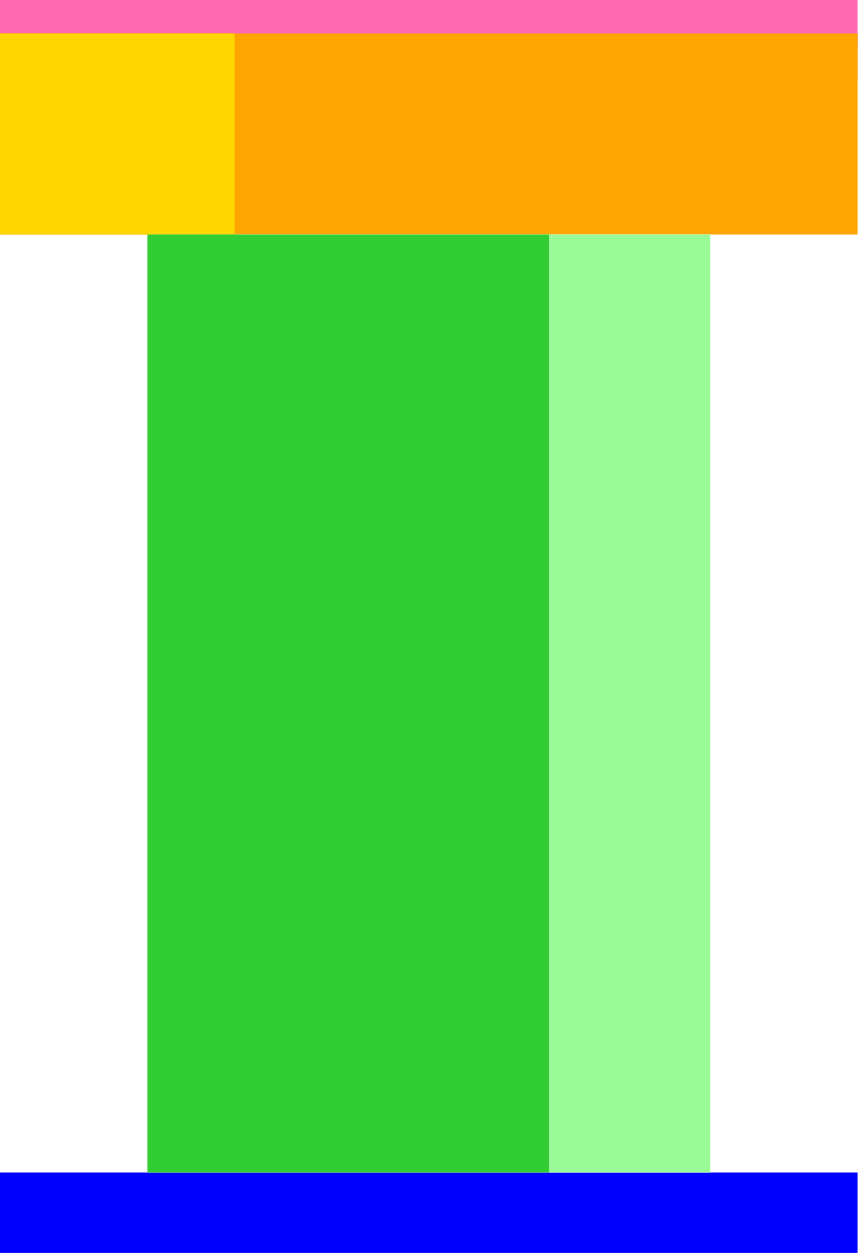
Repository: yuuyatada/API_sample_app
Page: htmlCP4/CP4index.html
The author's editor kept a record of every edit. The page is drawn from the files as they stood at one moment, then again after the next edit.
The browser window is 1280 px wide. The pictures show the whole page, at 67% of full size.

Above is the page before.

After the next edit:
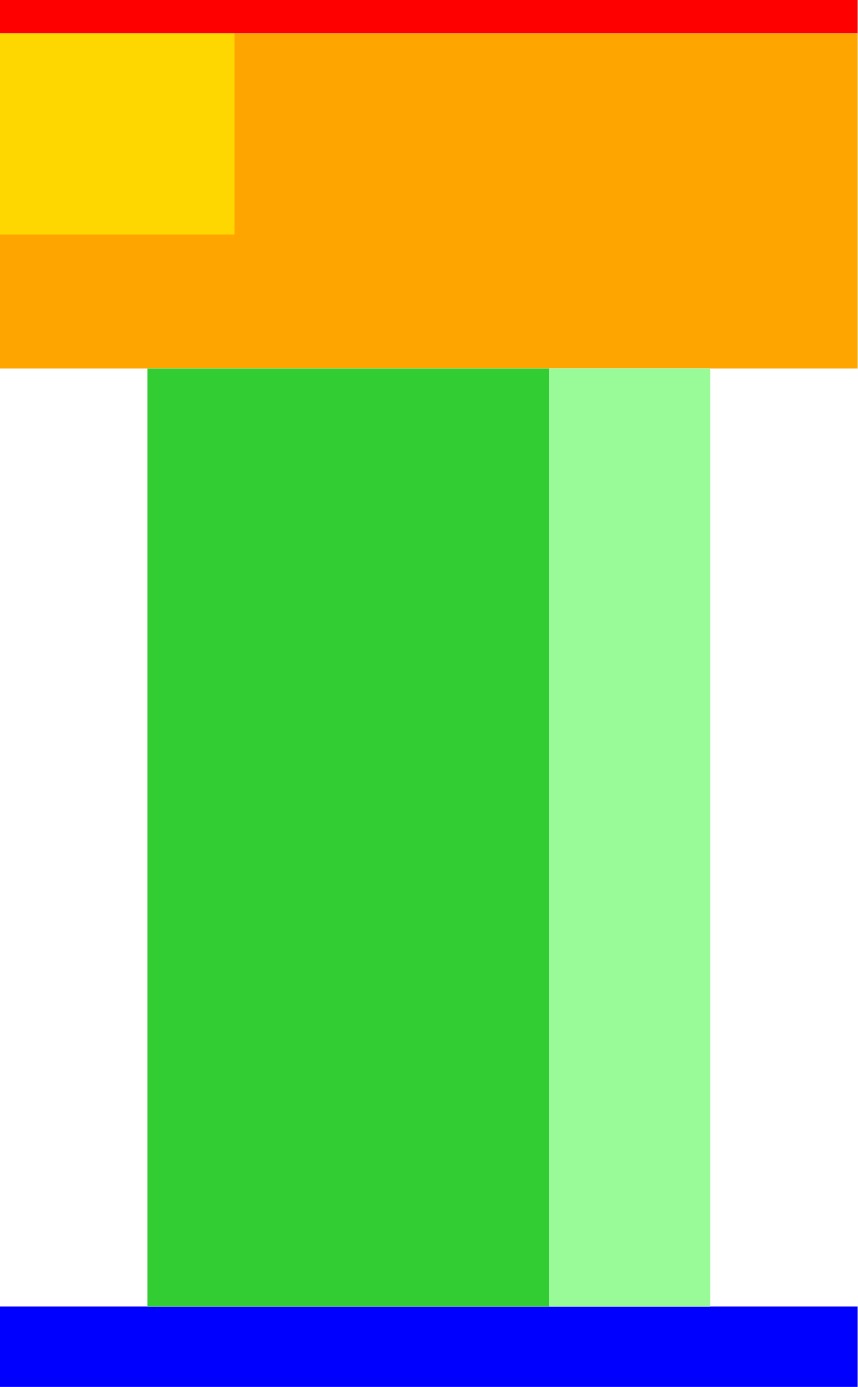
The edit:
--- a/htmlCP4/CP4style.css
+++ b/htmlCP4/CP4style.css
@@ -10,22 +10,12 @@
     height:50px;
     background-color:red;
 }
-.header-top {
-  width: 100%; /* 横幅いっぱい */
-  height: 70px; /* 高さ70px */
-  background-color: hotpink; /* 背景色hotpink */
-}
 
-.header-bottom {
-  width: 100%; /* 横幅いっぱい */
-  height: 50px; /* 高さ50px */
-  background-color: pink; /* 背景色pink */
-}
 
 .main-visual{
-    width:100%;/*横幅いっぱい*/
-    height:300px;/*高さ300px*/
-    background-color:orange;/*背景色orange*/
+    width:100%;
+    height:500px;
+    background-color:orange;
 }
 .main-visual-content{
     width:350px;/*横幅350px*/
